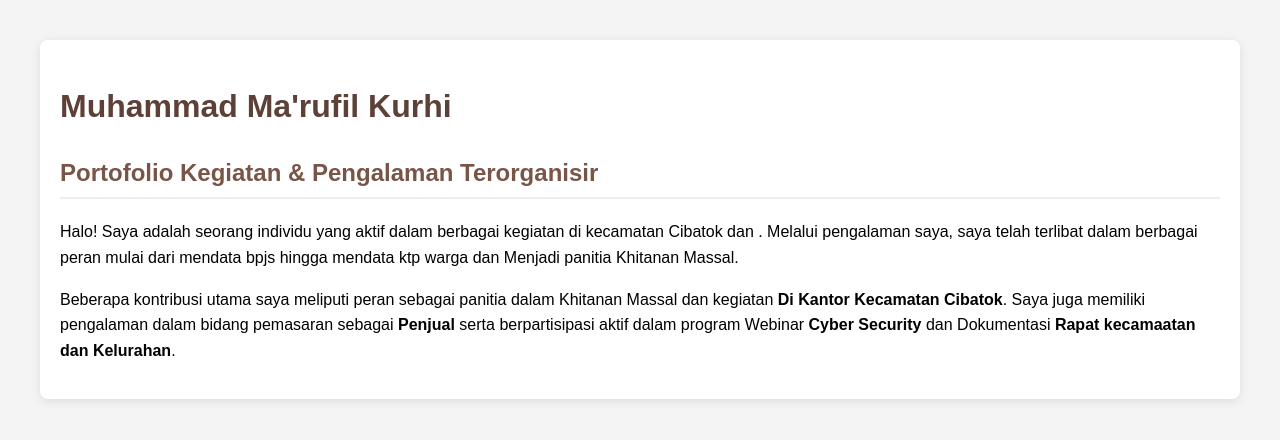
Repository: rufi1126/241552010002-Web-Application-Development
Page: p-2/latihan1.html
These files come from the project's save history. The page is drawn as it stood at one moment and after the next save; the edit follows.
The browser window is 1280 px wide. The pictures show the whole page.

Above is the page before, as saved 2026-02-27 17:31:59.

After the next save:
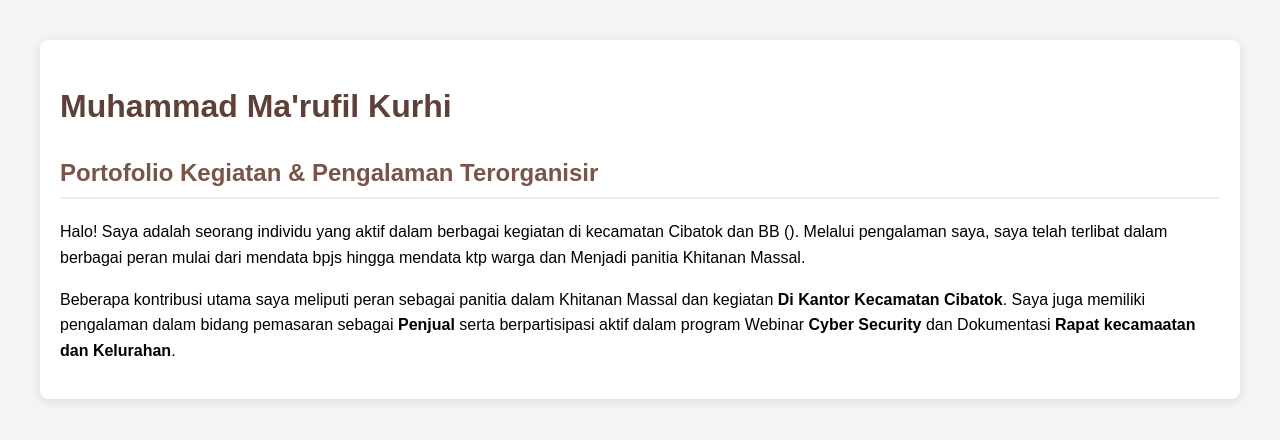
Saved 10 s later.
--- a/p-2/latihan1.html
+++ b/p-2/latihan1.html
@@ -34,7 +34,7 @@
         <h2>Portofolio Kegiatan & Pengalaman Terorganisir</h2>
 
         <p>
-            Halo! Saya adalah seorang individu yang aktif dalam berbagai kegiatan di kecamatan Cibatok dan .
+            Halo! Saya adalah seorang individu yang aktif dalam berbagai kegiatan di kecamatan Cibatok dan BB ().
             Melalui pengalaman saya, saya telah terlibat dalam berbagai peran mulai dari mendata bpjs
             hingga mendata ktp warga dan Menjadi panitia Khitanan Massal.
         </p>
